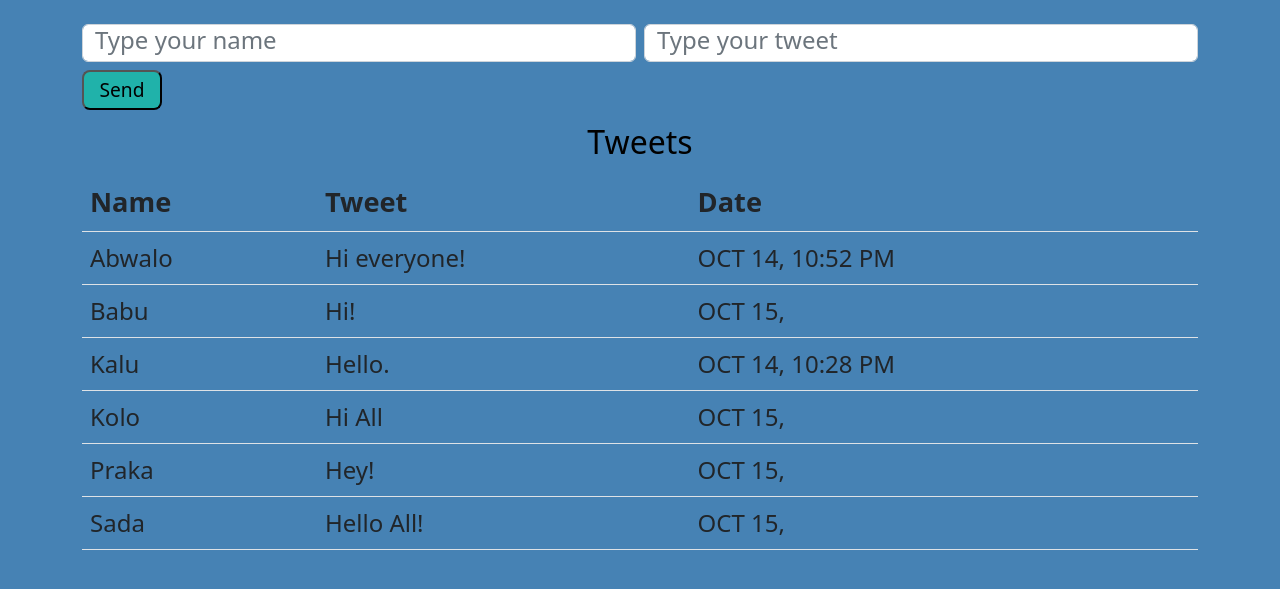
Repository: ShindanoSingi/poor-man-tweeter
Page: http://localhost/
These files come from the project's save history. The page is drawn as it stood at one moment and after the next save; the edit follows.
The browser window is 1280 px wide. The pictures show the whole page.
Some web libraries are served in a nearby version. The page is served by the project's application, run on Django 4.2 (poormantweeter/manage.py). Other server files are loaded and not shown. The page reads the database file committed with the project.

Above is the page before, as saved 2022-10-14 19:32:47.

### poormantweeter/poormantweeterapp/templates/poormantweeterapp/index.html
<!DOCTYPE html>
<html lang="en">
<head>
  <meta charset="UTF-8">
  <meta name="viewport" content="width=device-width, initial-scale=1.0">
  <title>Poor Man's Tweeter</title>


  {% comment %} <script src="https://cdn.tailwindcss.com"></script> {% endcomment %}
  <link href="https://cdn.jsdelivr.net/npm/bootstrap@5.2.2/dist/css/bootstrap.min.css" rel="stylesheet" integrity="sha384-Zenh87qX5JnK2Jl0vWa8Ck2rdkQ2Bzep5IDxbcnCeuOxjzrPF/et3URy9Bv1WTRi" crossorigin="anonymous">
  <link type="text/css"  href="/css/style.css">
  <script src="https://cdn.jsdelivr.net/npm/bootstrap@5.2.2/dist/js/bootstrap.bundle.min.js" integrity="sha384-OERcA2EqjJCMA+/3y+gxIOqMEjwtxJY7qPCqsdltbNJuaOe923+mo//f6V8Qbsw3" crossorigin="anonymous"></script>

  <script src="https://cdn.jsdelivr.net/npm/vue@2.7.10"></script>
  <script src="https://cdnjs.cloudflare.com/ajax/libs/axios/1.1.2/axios.min.js" integrity="sha512-bHeT+z+n8rh9CKrSrbyfbINxu7gsBmSHlDCb3gUF1BjmjDzKhoKspyB71k0CIRBSjE5IVQiMMVBgCWjF60qsvA==" crossorigin="anonymous" referrerpolicy="no-referrer"></script>

</head>
<body class="bg-[gainsboro]">
  <div id="app" class="container mt-4">
    <div class="input-textArea-bubmitButton">
      <div class="mb-2 input-textArea">
        <input v-model="author_text" type="text" id="author_text" class="form-control" placeholder="Type your name" >
        <input v-model="body_text" type="text" id="body_text" class="form-control" placeholder="Type your tweet">
    </div>
    <div><button type="button" class="submit-button" v-on:click="saveTweet">Send</button></div>
    </div>

    <table class="table max-w-10xl caption-top">
      <caption class="title">Tweets</caption>
      <thead class="mx-auto">
        <tr>
          <th scope="col">Name</th>
          <th scope="col">Tweet</th>
          <th scope="col">Date</th>
        </tr>
      </thead>
      <tbody>
        <tr v-for="tweet of tweets">
          <td >[[ tweet.author ]]</td>
          <td class="tdbody">[[ tweet.body ]]</td>
          <td>[[ tweet.date ]]</td>
        </tr>
      </tbody>
    </table>
  </div>


    <script>
      let app = new Vue({
        el: '#app',
        delimiters: ['[[', ']]'],
        data: {
          tweets: [],
          author_text: '',
          body_text: '',

        },
        methods: {
        saveTweet: function() {
          axios({
            url: "{% url 'poormantweeterapp:save_tweet' %}",
            method: 'post',
            data: {
              author_text: this.author_text,
              body_text: this.body_text,
            },
            headers:{
              'X-CSRFToken':'{{ csrf_token }}'
            }
          }).then(response => {
            console.log('response.data');
          })

          // Reload the page
          location.reload();
        }
        },
        created: function(){
          axios({
            url: "{% url 'poormantweeterapp:tweets' %}",
            method: 'get',
          }).then(response => {

            // Tweet array object
            this.tweets = [];

            // Assign the response from API to data.
            let data = response.data.tweet_items;

            // Loop through data array of objects and extract author name, tweet and date.
            for (let i = 0; i < data.length; i++) {
              let newDate = new Date(data[i].date)
              let stringDate = newDate.toString().split(' ')[1] + ' ' + newDate.toString().split(' ')[2];
              let hour = newDate.toString().split(' ')[4].substring(0,2)

              //let formattedAuthorName = ''
              //formattedAuthorName = data[i].author.charAt(0).toUpperCase() + data[i].author.substring(1)

              // Format time to show  from 1 to 12 AM or PM
              let time = '';
              if(hour === '12'){
                time += '12' + ':' + newDate.toString().split(' ')[4].substring(3,5) + ' PM'
              }
              if(hour === '13'){
                time += '1' + ':' + newDate.toString().split(' ')[4].substring(3,5) + ' PM'
              }
              if(hour === '14'){
                time += '2' + ':' + newDate.toString().split(' ')[4].substring(3,5) + ' PM'
              }
              if(hour === '15'){
                time += '3' + ':' + newDate.toString().split(' ')[4].substring(3,5) + ' PM'
              }
              if(hour === '16'){
                time += '4' + ':' + newDate.toString().split(' ')[4].substring(3,5) + ' PM'
              }
              if(hour === '17'){
                time += '5' + ':' + newDate.toString().split(' ')[4].substring(3,5) + ' PM'
              }
              if(hour === '18'){
                time += '6' + ':' + newDate.toString().split(' ')[4].substring(3,5) + ' PM'
              }
              if(hour === '19'){
                time += '7' + ':' + newDate.toString().split(' ')[4].substring(3,5) + ' PM'
              }
              if(hour === '20'){
                time += '8' + ':' + newDate.toString().split(' ')[4].substring(3,5) + ' PM'
              }
              if(hour === '21'){
                time += '9' + ':' + newDate.toString().split(' ')[4].substring(3,5) + ' PM'
              }
              if(hour === '22'){
                time += '10' + ':' + newDate.toString().split(' ')[4].substring(3,5) + ' PM'
              }
              if(hour === '23'){
                time += '11' + ':' + newDate.toString().split(' ')[4].substring(3,5) + ' PM'
              }
              if(hour === '24'){
                time += '12' + ':' + newDate.toString().split(' ')[4].substring(3,5) + ' AM'
              }
              if(hour === '01'){
                time += '1' + ':' + newDate.toString().split(' ')[4].substring(3,5) + ' AM'
              }
              if(hour === '02'){
                time += '2' + ':' + newDate.toString().split(' ')[4].substring(3,5) + ' AM'
              }
              if(hour === '03'){
                time += '3' + ':' + newDate.toString().split(' ')[4].substring(3,5) + ' AM'
              }
              if(hour === '04'){
                time += '4' + ':' + newDate.toString().split(' ')[4].substring(3,5) + ' AM'
              }
              if(hour === '05'){
                time += '5' + ':' + newDate.toString().split(' ')[4].substring(3,5) + ' AM'
              }
              if(hour === '06'){
                time += '6' + ':' + newDate.toString().split(' ')[4].substring(3,5) + ' AM'
              }
              if(hour === '07'){
                time += '7' + ':' + newDate.toString().split(' ')[4].substring(3,5) + ' AM'
              }
              if(hour === '08'){
                time += '8' + ':' + newDate.toString().split(' ')[4].substring(3,5) + ' AM'
              }
              if(hour === '09'){
                time += '9' + ':' + newDate.toString().split(' ')[4].substring(3,5) + ' AM'
              }
              if(hour === '10'){
                time += '10' + ':' + newDate.toString().split(' ')[4].substring(3,5) + ' AM'
              }
              if(hour === '11'){
                time += '11' + ':' + newDate.toString().split(' ')[4].substring(3,5) + ' AM'
              }

              // Format date
              let formattedDate = stringDate.toUpperCase() + ', ' + time;

              // Push data of interest in an array of objects
              this.tweets.push({
                author: data[i].author,
                body: data[i].body,
                date: formattedDate,
            })
          }
        });
        }
      });
    </script>


    {% comment %} Stylesheet {% endcomment %}
    <style>

      body {
        background-color: steelblue;
      }

      .container {
        margin: 0 auto;
      }

      @media (min-width: 320px) {

        .title{
          font-size: 1.2rem;
          text-align: center;
          color: black;
        }

      .container {
        margin: 0 auto;
      }

      th{
        font-size: 1rem;
      }

      td{
        font-size: 0.8rem;
      }

      .submit-button{
        width: 4.5rem;
        height: 2rem;
        border-radius: 0.5rem;
        background-color: lightseagreen;
        font-size: 1rem;
      }

      .input-textArea{
        display: flex;
        align-items: center;
        gap:  0.5rem;
      }
    }

    @media (min-width: 375px) {

      .title{
        font-size: 1.5rem;
        text-align: center;
        color: black;
      }

    .container {
      margin: 0 auto;
    }

    th{
      font-size: 1.2rem;
    }

    td{
      font-size: 1rem;
    }
  }

  @media (min-width: 768px) {

    .title{
      font-size: 2rem;
      text-align: center;
      color: black;
    }

    input::placeholder{
      font-size: 1.5rem;
    }

    .container {
      margin: 0 auto;
    }

  th{
    font-size: 1.6rem;
  }

  td{
    font-size: 1.5rem;
  }

  .submit-button{
    width: 6rem;
    height: 3rem;
    border-radius: 0.5rem;
    background-color: lightseagreen;
    font-size: 1.5rem;
  }

  input{
    font-size: 1.2rem;
  }

  #body_text::placeholder{
    font-size: 1.5rem;
    background-color
    display: flex;
    align-items: center;
    gap:  0.5rem;
  }
}

@media (min-width: 1024px) {

  .title{
    font-size: 2rem;
    text-align: center;
    color: black;
  }

  .container {
    margin: 0 auto;
  }

th{
  font-size: 1.7rem;
}

td{
  font-size: 1.5rem;
}

.submit-button{
  width: 5rem;
  height: 2.5rem;
  border-radius: 0.5rem;
  background-color: lightseagreen;
  font-size: 1.2rem;
}

input{
  font-size: 1.5rem;
}

#body_text::placeholder{
  font-size: 1.5rem;
  background-color
  display: flex;
  align-items: center;
  gap:  0.5rem;
  margin: 0 auto;
}
}
    </style>

</body>
</html>

### poormantweeter/poormantweeterapp/views.py
from django.utils import timezone
import json
from django.shortcuts import render
from django.http import HttpResponse, JsonResponse
from .models import Tweet


# Create your views here.
def index(request):
     return render(request, 'poormantweeterapp/index.html')

# get all tweets ==> this is basically a GET request.
def tweets(request):

     # Order data by author name and date.
     tweet_items = Tweet.objects.order_by("author", "date")

     # Create a dictionary to hold all the tweets.
     data = {
          'tweet_items':[]
     }

     # Loop through all the tweets and add them to the dictionary.
     for tweet_item in tweet_items:
          data['tweet_items'].append({
               'author': tweet_item.author,
               'body': tweet_item.body,
               'date': tweet_item.date,
          })

     return JsonResponse(data)

def save_tweet(request):

     data = json.loads(request.body)

     author_text = data['author_text']
     body_text = data['body_text']

     # Ensure both author input text and body text have data before saving to the database.
     if ((len(author_text) > 0) and (len(body_text) > 0)):

          # Capture the new tweet object to the database
          tweet_item = Tweet(author=author_text, body=body_text, date=timezone.now())

          # Save input information to the database.
          tweet_item.save()

     else:
          print ('Ok')

### poormantweeter/poormantweeter/urls.py

from django.contrib import admin
from django.urls import path, include

urlpatterns = [
    path('admin/', admin.site.urls),
    path('', include('poormantweeterapp.urls'))
]

### poormantweeter/poormantweeterapp/urls.py

# import views and path
from django.urls import path
from . import views

app_name = 'poormantweeterapp'

urlpatterns = [
     path('', views.index, name='index'),
     path('tweets/', views.tweets, name='tweets'),
     path('savetweet/', views.save_tweet, name='save_tweet'),
]

### poormantweeter/poormantweeterapp/models.py
from django.db import models

# Create Tweet models.
class Tweet(models.Model):
     author = models.CharField(max_length=200)
     body = models.TextField(max_length=50)
     date = models.DateTimeField(auto_now_add=True)

     def __str__(self):
          return self.author

### poormantweeter/db.sqlite3 (the tables this page reads, as SQL)
CREATE TABLE "poormantweeterapp_tweet" ("id" integer NOT NULL PRIMARY KEY AUTOINCREMENT, "author" varchar(200) NOT NULL, "body" text NOT NULL, "date" datetime NOT NULL);
INSERT INTO "poormantweeterapp_tweet" VALUES
(72, 'Kalu', 'Hello.', '2022-10-14 22:28:59.595354'),
(79, 'Abwalo', 'Hi everyone!', '2022-10-14 22:52:50.175939'),
(81, 'Kolo', 'Hi All', '2022-10-15 00:25:55.742057'),
(82, 'Sada', 'Hello All!', '2022-10-15 00:30:41.557252'),
(83, 'Praka', 'Hey!', '2022-10-15 00:30:52.340784'),
(84, 'Babu', 'Hi!', '2022-10-15 00:31:02.427139');

After the next save:
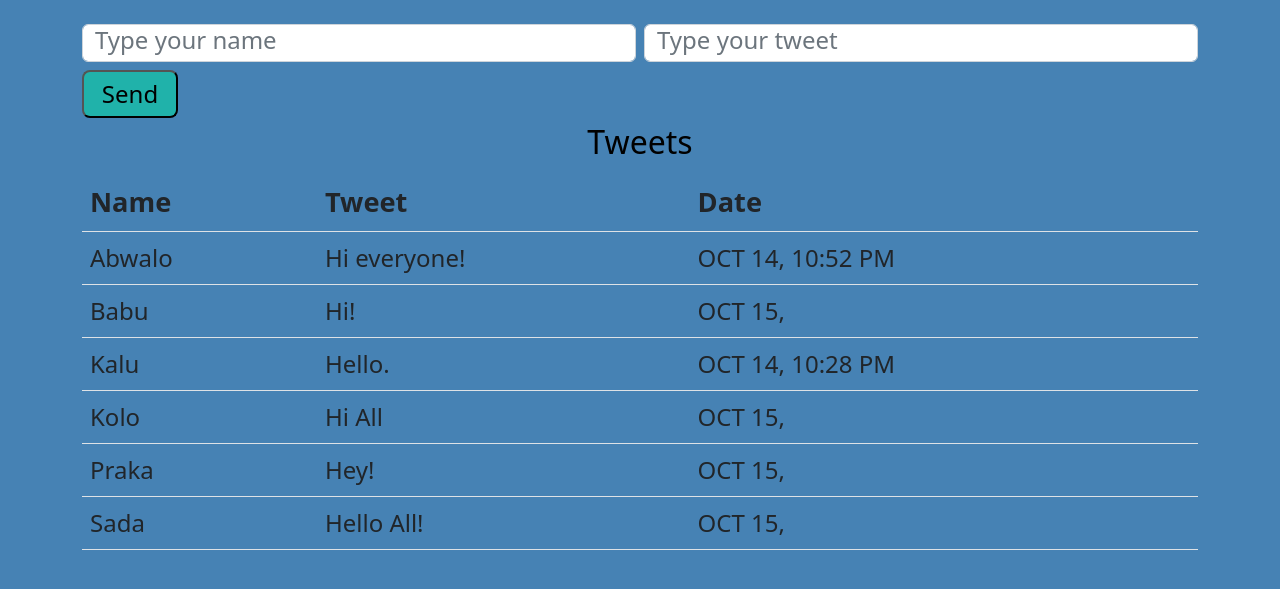
Saved 48 s later.
--- a/poormantweeter/poormantweeterapp/templates/poormantweeterapp/index.html
+++ b/poormantweeter/poormantweeterapp/templates/poormantweeterapp/index.html
@@ -22,7 +22,7 @@
         <input v-model="author_text" type="text" id="author_text" class="form-control" placeholder="Type your name" >
         <input v-model="body_text" type="text" id="body_text" class="form-control" placeholder="Type your tweet">
     </div>
-    <div><button type="button" class="submit-button" v-on:click="saveTweet">Send</button></div>
+    <div class="send-button"><button type="button" class="submit-button" v-on:click="saveTweet">Send</button></div>
     </div>
 
     <table class="table max-w-10xl caption-top">
@@ -319,7 +319,7 @@ td{
   font-size: 1.5rem;
 }
 
-.submit-button{
+.send-button{
   width: 5rem;
   height: 2.5rem;
   border-radius: 0.5rem;
